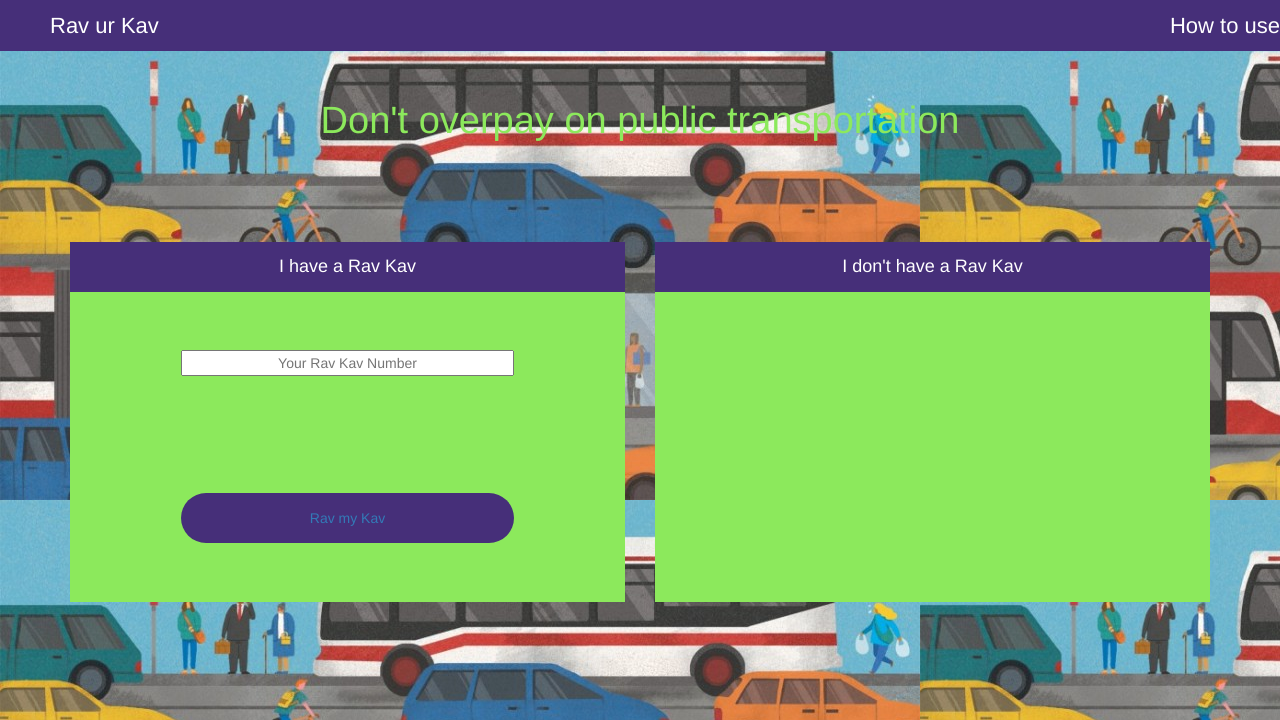
Repository: Louhla/Rav-ur-Kav
Page: index.html
An editor plug-in stored every save of this project. The page is shown before and after a run of saves, followed by the edit.
The browser window is 1280 px wide. The pictures show the whole page.

Above is the page before, as saved 2019-07-17 15:59:51.

After the next 3 saves:
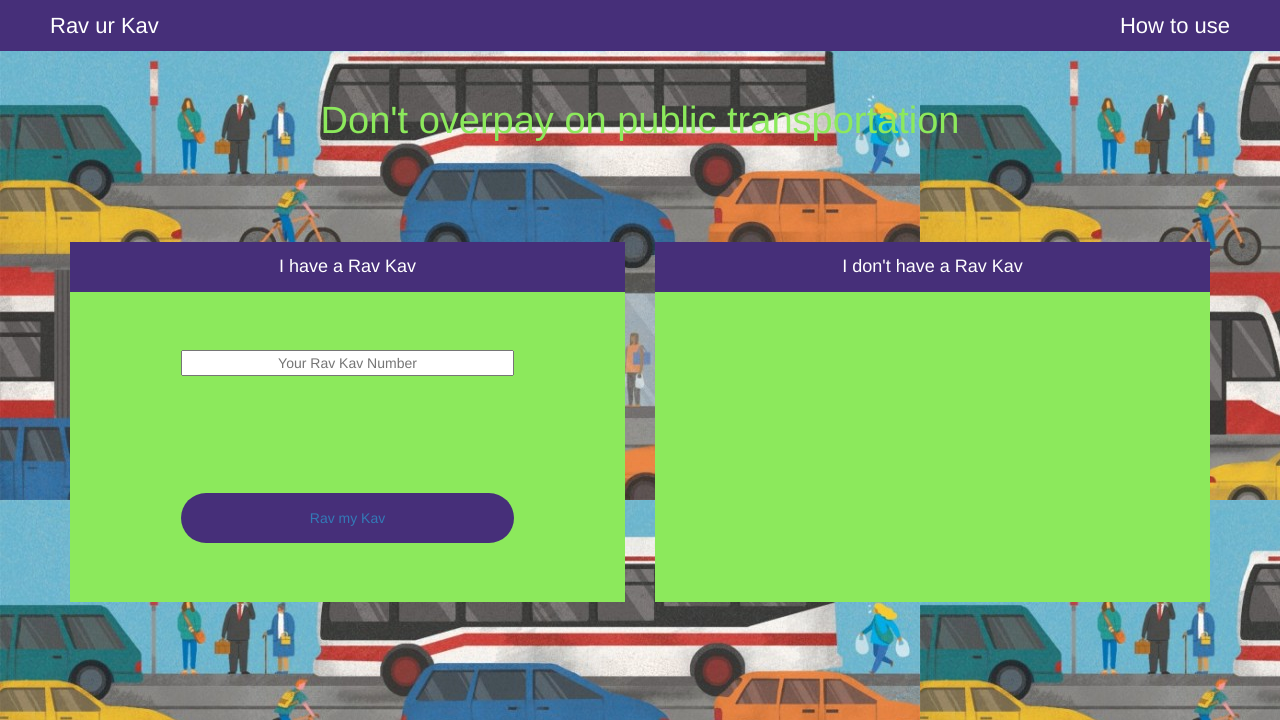
The 3 saves are shown as one change because they came seconds apart.
The last was saved 91 s later.
--- a/css/rav-ur-kav.css
+++ b/css/rav-ur-kav.css
@@ -135,10 +135,8 @@ h1{
     width: 62%;
 }
 a {
-        cursor:pointer;
-        text-decoration:none;
-    }
-    cursor: pointer;
+    cursor:pointer;
+    text-decoration:none;
 }
 #how-to{
     margin: 10px 50px 10px 0px;
